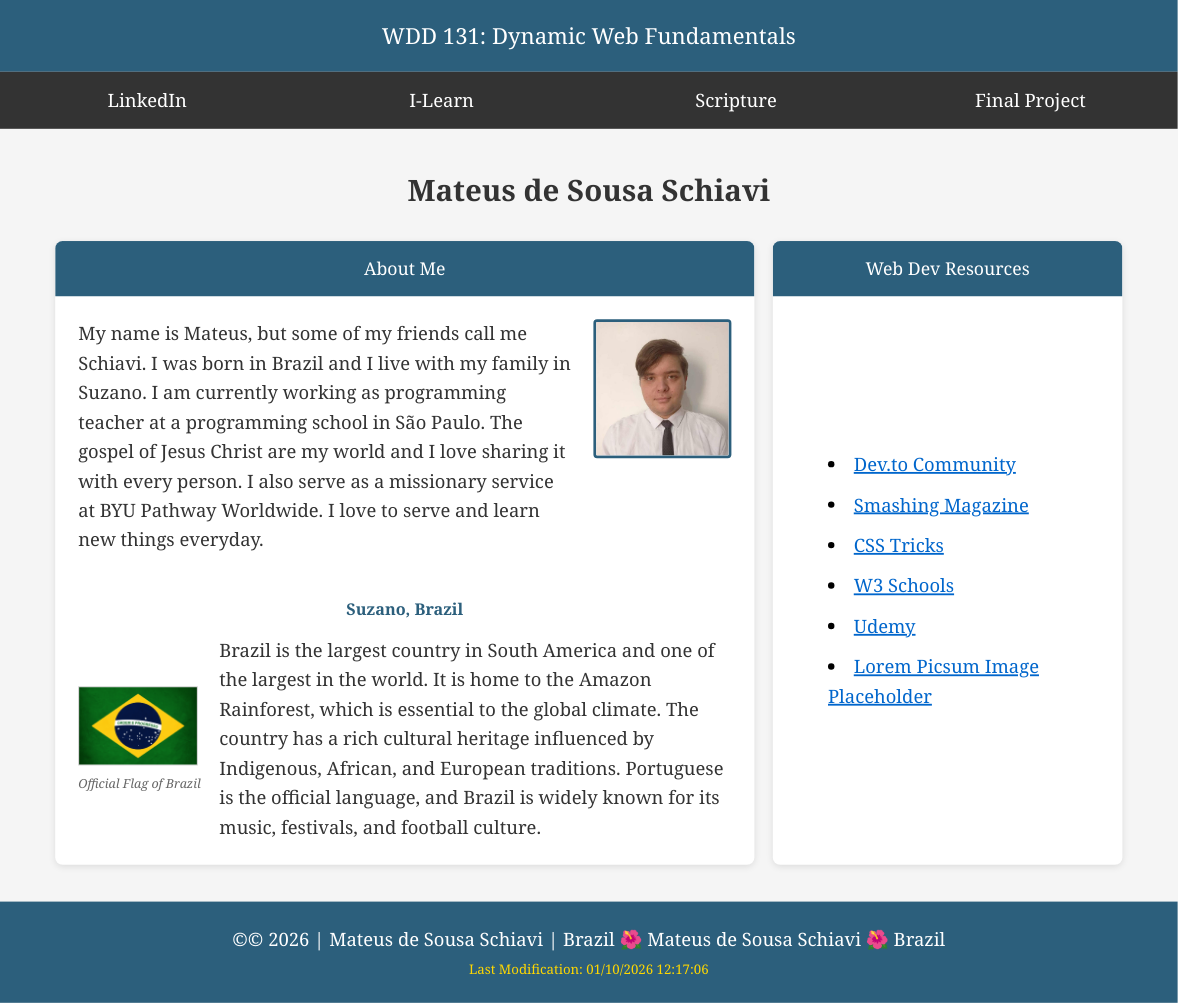
Repository: mateus-schiavi/wdd131
Page: index.html
An editor plug-in stored every save of this project. The page is shown before and after the next save, followed by the edit.
The browser window is 1280 px wide. The pictures show the whole page, at 92% of full size.
Some web fonts or font styles are not loaded; a fallback is used.

Above is the page before, as saved 2026-01-10 17:59:33.

After the next save:
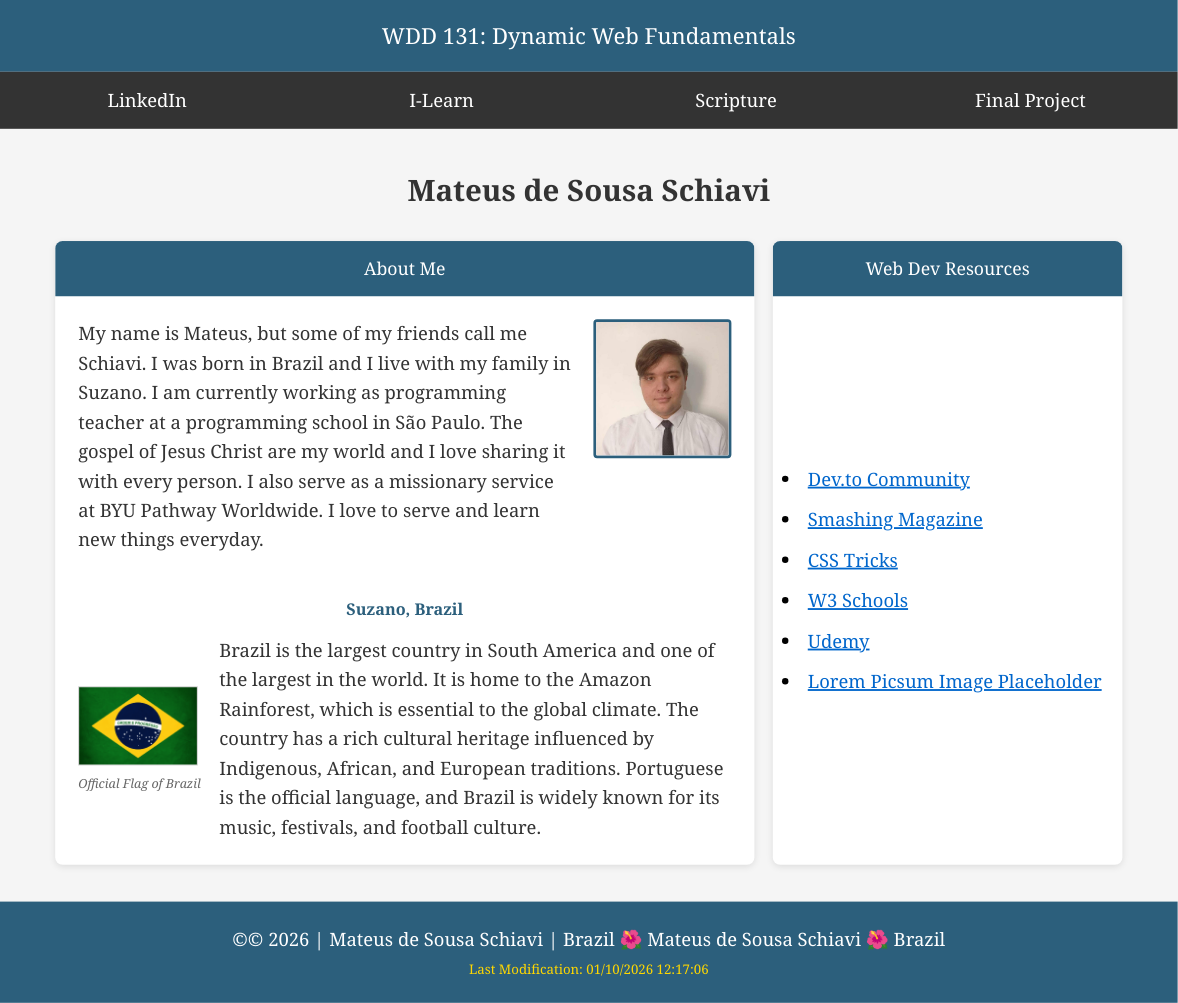
Saved 11 s later.
--- a/styles/base.css
+++ b/styles/base.css
@@ -163,7 +163,7 @@ main > h2 {
 }
 
 .resources-card ul {
-    padding-left: 60px;
+    padding-left: 10px;
     list-style-position: inside;
     display: flex;
     flex-direction: column;
